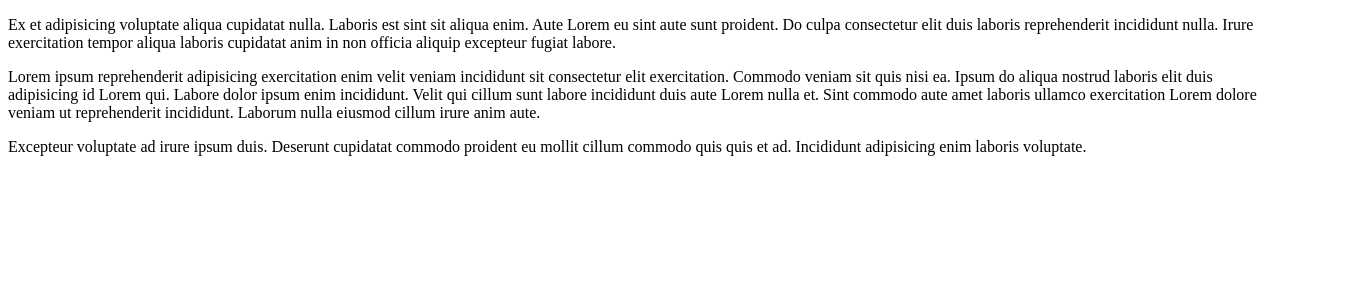
Repository: topyoungil/CodeMemories-ByJake
Page: HTML_CSS/WebContent/test/1003_css/position-1.html
An editor plug-in stored every save of this project. The page is shown before and after the next save, followed by the edit.
The browser window is 1280 px wide. The page is 1280 px wide, then 1372 px, so the pictures cover 1372 px, including what lies to the right of the window. The pictures show the whole page.

Above is the page before, as saved 2022-10-03 06:42:29.

### HTML_CSS/WebContent/test/1003_css/position-1.html
<!DOCTYPE html>
<html>
<head>
<meta charset="UTF-8">
<title>Insert title here</title>

</head>
<body>
	<p id="static">Ex et adipisicing voluptate aliqua cupidatat nulla. Laboris est sint sit aliqua enim. Aute Lorem eu sint aute sunt proident. Do culpa consectetur elit duis laboris reprehenderit incididunt nulla. Irure exercitation tempor aliqua laboris cupidatat anim in non officia aliquip excepteur fugiat labore.</p>
    <p id="relative-1">Lorem ipsum reprehenderit adipisicing exercitation enim velit veniam incididunt sit consectetur elit exercitation. Commodo veniam sit quis nisi ea. Ipsum do aliqua nostrud laboris elit duis adipisicing id Lorem qui. Labore dolor ipsum enim incididunt. Velit qui cillum sunt labore incididunt duis aute Lorem nulla et. Sint commodo aute amet laboris ullamco exercitation Lorem dolore veniam ut reprehenderit incididunt. Laborum nulla eiusmod cillum irure anim aute.</p>
    <p id="relative-2">Excepteur voluptate ad irure ipsum duis. Deserunt cupidatat commodo proident eu mollit cillum commodo quis quis et ad. Incididunt adipisicing enim laboris voluptate.</p>
	<p></p>
</body>
</html>

After the next save:
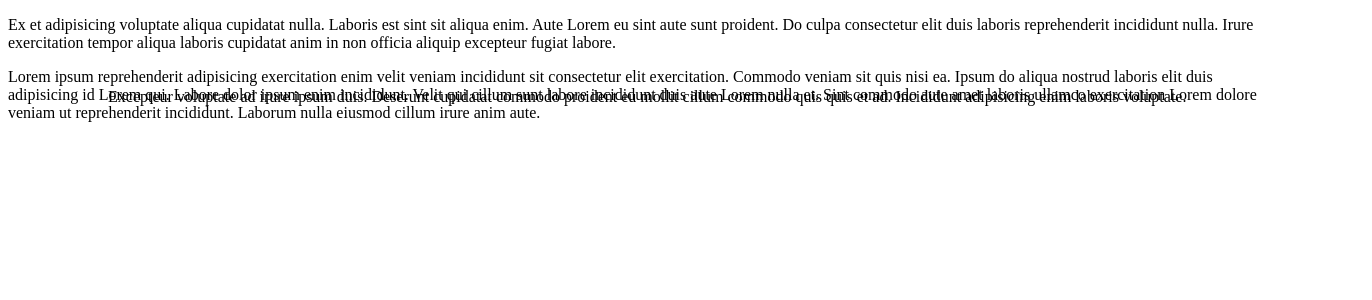
Saved 98 s later.
--- a/HTML_CSS/WebContent/test/1003_css/position-1.html
+++ b/HTML_CSS/WebContent/test/1003_css/position-1.html
@@ -3,12 +3,31 @@
 <head>
 <meta charset="UTF-8">
 <title>Insert title here</title>
+<style>
+	#static {
+		position: static;
+	}
 
+	#relative-1 {
+		position: relative;
+	}
+
+	#relative-2 {
+		position: relative;
+		left: 100px;
+		top: -50px;
+	}
+
+	#fixed {
+
+	}
+
+</style>
 </head>
 <body>
 	<p id="static">Ex et adipisicing voluptate aliqua cupidatat nulla. Laboris est sint sit aliqua enim. Aute Lorem eu sint aute sunt proident. Do culpa consectetur elit duis laboris reprehenderit incididunt nulla. Irure exercitation tempor aliqua laboris cupidatat anim in non officia aliquip excepteur fugiat labore.</p>
     <p id="relative-1">Lorem ipsum reprehenderit adipisicing exercitation enim velit veniam incididunt sit consectetur elit exercitation. Commodo veniam sit quis nisi ea. Ipsum do aliqua nostrud laboris elit duis adipisicing id Lorem qui. Labore dolor ipsum enim incididunt. Velit qui cillum sunt labore incididunt duis aute Lorem nulla et. Sint commodo aute amet laboris ullamco exercitation Lorem dolore veniam ut reprehenderit incididunt. Laborum nulla eiusmod cillum irure anim aute.</p>
     <p id="relative-2">Excepteur voluptate ad irure ipsum duis. Deserunt cupidatat commodo proident eu mollit cillum commodo quis quis et ad. Incididunt adipisicing enim laboris voluptate.</p>
-	<p></p>
+	<p id="fixed"></p>
 </body>
 </html>
